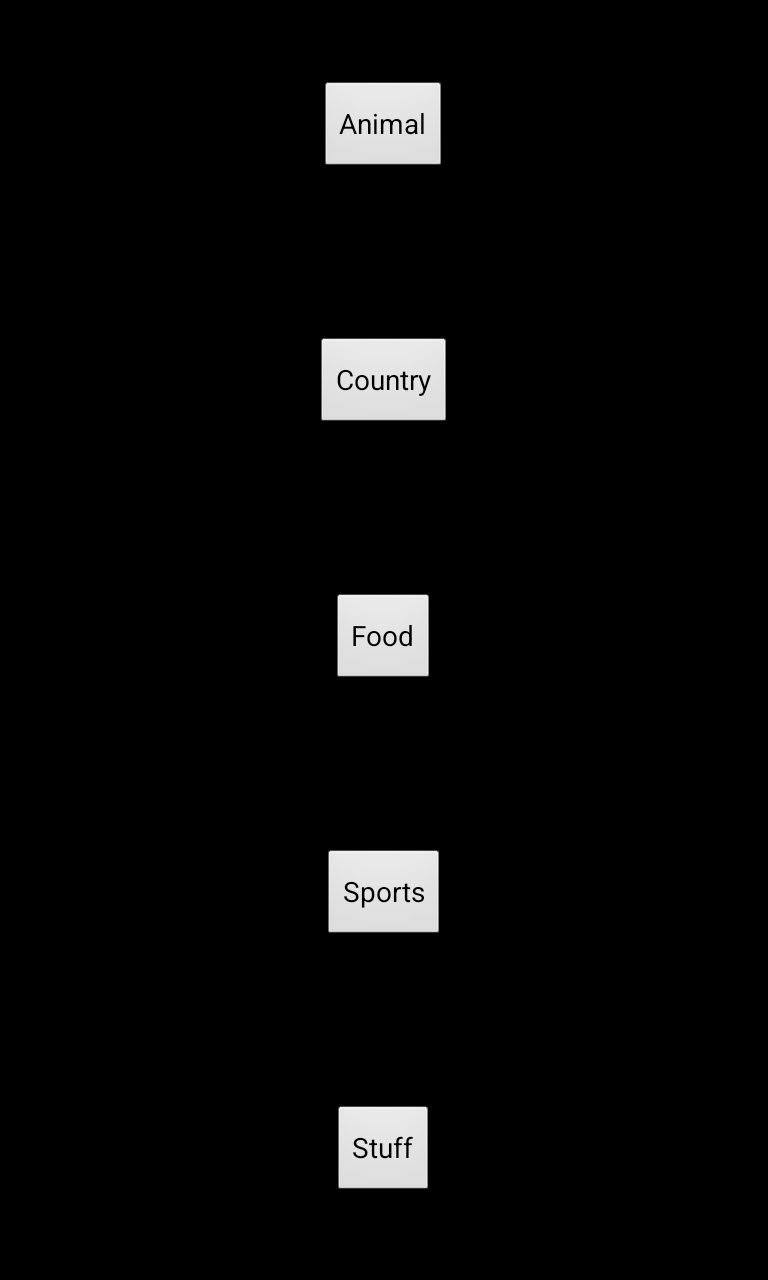
Repository: aster9725/HK-CityU-SummerExchange
Layout: Copy of WordQuiz/res/layout/activity_category.xml
The author's editor kept a copy of each file at every save. The layout is drawn from the files as they stood at one save, then again after the next save.
It is drawn on a 768 x 1280 px phone screen (xhdpi) without system bars, with theme android:Theme; the app's code is not run.

Above is the layout before, as saved 2014-07-24 09:56:57.

### Copy of WordQuiz/res/layout/activity_category.xml
<?xml version="1.0" encoding="utf-8"?>
<LinearLayout xmlns:android="http://schemas.android.com/apk/res/android"
    android:layout_width="match_parent"
    android:layout_height="match_parent"
    android:orientation="vertical" >

    <LinearLayout
        android:layout_width="match_parent"
        android:layout_height="wrap_content"
        android:layout_weight="1"
        android:gravity="center_vertical|center_horizontal"
        android:orientation="horizontal" >

        <Button
            android:id="@+id/category_animal"
            android:layout_width="wrap_content"
            android:layout_height="wrap_content"
            android:text="Animal" />
    </LinearLayout>

    <LinearLayout
        android:layout_width="match_parent"
        android:layout_height="wrap_content"
        android:layout_weight="1"
        android:gravity="center_vertical|center_horizontal"
        android:orientation="horizontal" >

        <Button
            android:id="@+id/category_country"
            android:layout_width="wrap_content"
            android:layout_height="wrap_content"
            android:text="Country" />
    </LinearLayout>

    <LinearLayout
        android:layout_width="match_parent"
        android:layout_height="wrap_content"
        android:layout_weight="1"
        android:gravity="center_vertical|center_horizontal"
        android:orientation="horizontal" >

        <Button
            android:id="@+id/category_food"
            android:layout_width="wrap_content"
            android:layout_height="wrap_content"
            android:text="Food" />
    </LinearLayout>

    <LinearLayout
        android:layout_width="match_parent"
        android:layout_height="wrap_content"
        android:layout_weight="1"
        android:gravity="center_vertical|center_horizontal"
        android:orientation="horizontal" >

        <Button
            android:id="@+id/category_sport"
            android:layout_width="wrap_content"
            android:layout_height="wrap_content"
            android:text="Sports" />
    </LinearLayout>

    <LinearLayout
        android:layout_width="match_parent"
        android:layout_height="wrap_content"
        android:layout_weight="1"
        android:gravity="center_vertical|center_horizontal"
        android:orientation="horizontal" >

        <Button
            android:id="@+id/category_stuff"
            android:layout_width="wrap_content"
            android:layout_height="wrap_content"
            android:text="Stuff" />
    </LinearLayout>

</LinearLayout>

After the next save:
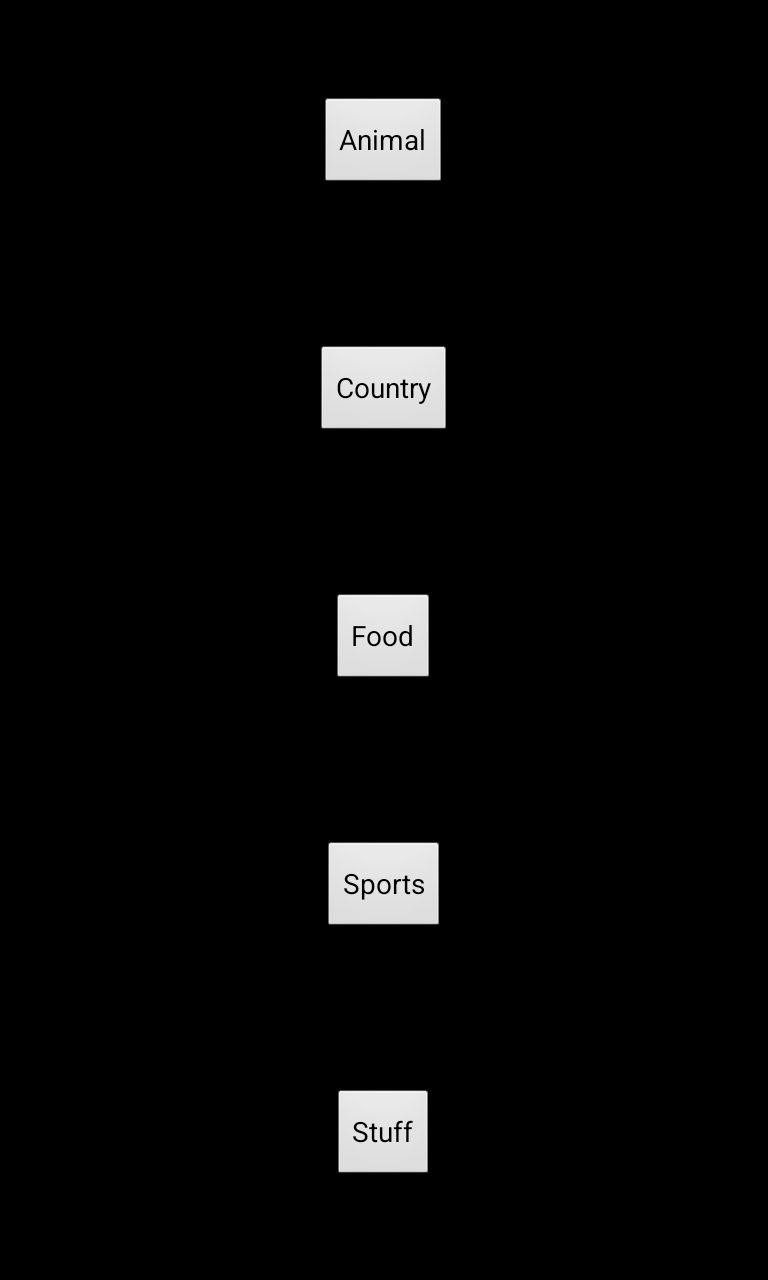
Saved 42 s later.
--- a/Copy of WordQuiz/res/layout/activity_category.xml
+++ b/Copy of WordQuiz/res/layout/activity_category.xml
@@ -2,7 +2,9 @@
 <LinearLayout xmlns:android="http://schemas.android.com/apk/res/android"
     android:layout_width="match_parent"
     android:layout_height="match_parent"
-    android:orientation="vertical" >
+    android:orientation="vertical"
+    android:paddingTop="10dp"
+    android:paddingBottom="10dp">
 
     <LinearLayout
         android:layout_width="match_parent"
